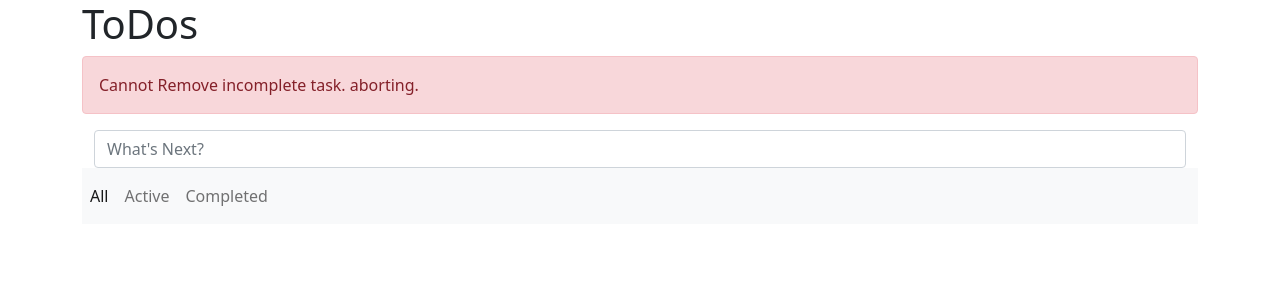
Repository: shuroo/FECourse-final-ex-todos
Page: /
An editor plug-in stored every save of this project. The page is shown before and after the next save, followed by the edit.
The browser window is 1280 px wide. The pictures show the whole page.
The project was rebuilt for these pictures with package versions that can differ from the ones it lists, and the page was loaded fresh each time. Also part of the build but not shown: src/App.css, src/components/TaskComponent.jsx.

Above is the page before, as saved 2021-08-04 02:04:25.

After the next save:
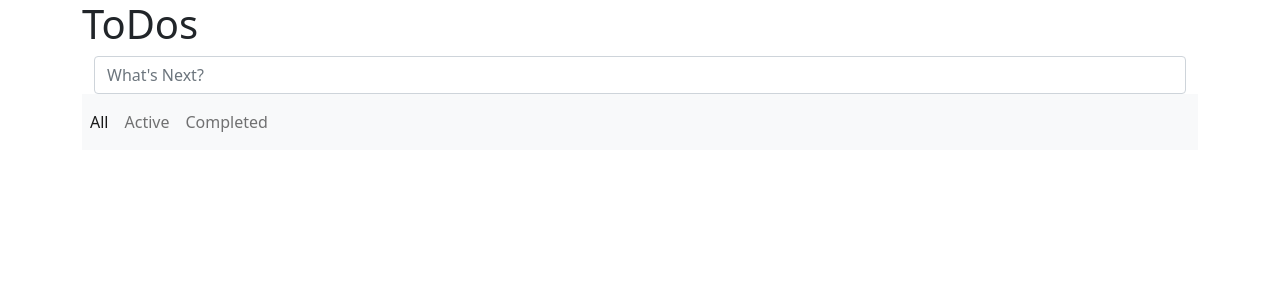
Saved 116 s later.
--- a/src/pages/HomePage.jsx
+++ b/src/pages/HomePage.jsx
@@ -49,14 +49,14 @@ function HomePage(){
         const index = tasksCpy.map(function(item) {
             return item.key;
         }).indexOf(taskId);
-        if(tasksCpy[index] && tasksCpy[index].isDone){
-            tasksCpy.splice(index, 1);
-            setTasks(tasksCpy);
-            setTasksFiltered(tasksCpy);
+        if(tasksCpy[index] && !tasksCpy[index].isDone){
+            setShowAlert("block");
+            return;
         }
-        else{
-            setShowAlert("block");
-        }
+        tasksCpy.splice(index, 1);
+        setTasks(tasksCpy);
+        setTasksFiltered(tasksCpy);
+
     }
 
     useEffect(() => {
